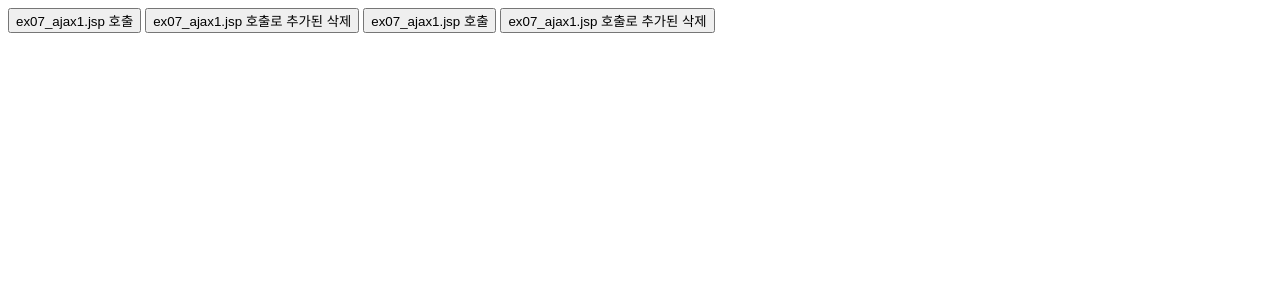
Repository: dongcmd/dong_jsp
Page: ajaxStudy/src/main/webapp/ex07_jQuery.html
An editor plug-in stored every save of this project. The page is shown before and after the next save, followed by the edit.
The browser window is 1280 px wide. The pictures show the whole page.
After loading, the first visible `#btn2` was clicked once.

Above is the page before, as saved 2025-04-21 06:38:52.
Console error: ReferenceError: body is not defined

After the next save:
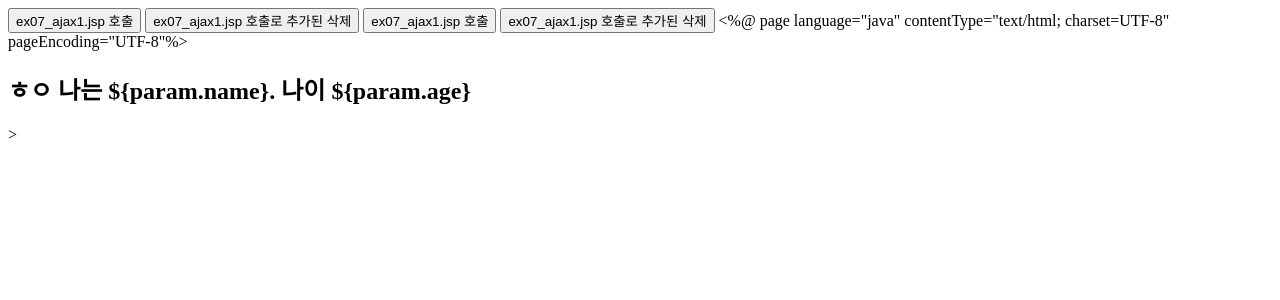
The error is gone.
Saved 14 s later.
--- a/ajaxStudy/src/main/webapp/ex07_jQuery.html
+++ b/ajaxStudy/src/main/webapp/ex07_jQuery.html
@@ -18,7 +18,7 @@
 			type : "post",
 			data : "name=홍길동&age=20",
 			success : function(data) {
-				$(body).append(data)
+				$("body").append(data)
 			},
 			error : function(e) { alert("서버 오류 : " + e.status)}
 			})
